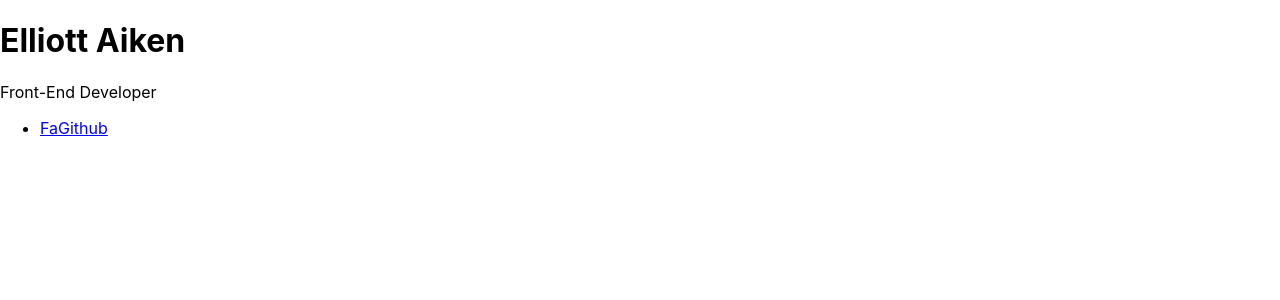
Repository: elaiken/portfolio
Page: /
An editor plug-in stored every save of this project. The page is shown before and after the next save, followed by the edit.
The browser window is 1280 px wide. The pictures show the whole page.
The project was rebuilt for these pictures with package versions that can differ from the ones it lists, and the page was loaded fresh each time. Also part of the build but not shown: src/components/Error.js, src/components/Projects.js.

Above is the page before, as saved 2021-11-24 16:05:41.

### src/App.js
import { BrowserRouter, Route, Switch, Routes } from "react-router-dom"
import Error from "./components/Error";
import Home from "./components/Home";
import Projects from "./components/Projects";


const App = () => {
  return (
    <BrowserRouter >
      <Routes>
        <Route exact path='/' element={<Home />}>


        </Route>
        <Route path="/projects" element={<Projects />}>

        </Route>
        <Route path="/*" element={<Error />}>
        </Route>
      </Routes>
    </BrowserRouter>
  );
}
export default App;

### src/components/Home.js
import { FaGithub } from "react-icons/fa"



const Home = () => {

    return (
        <div>
            <h1> Elliott Aiken </h1>
            <p> Front-End Developer</p>

            <ul>
                <li>
                    <a href="https://github.com/elaiken">FaGithub</a>

                </li>
            </ul>


        </div>

    )
}

export default Home

Loaded but not shown: public/index.html (common file); src/index.js (common file); src/index.css (common file); src/reportWebVitals.js (common file)

After the next save:
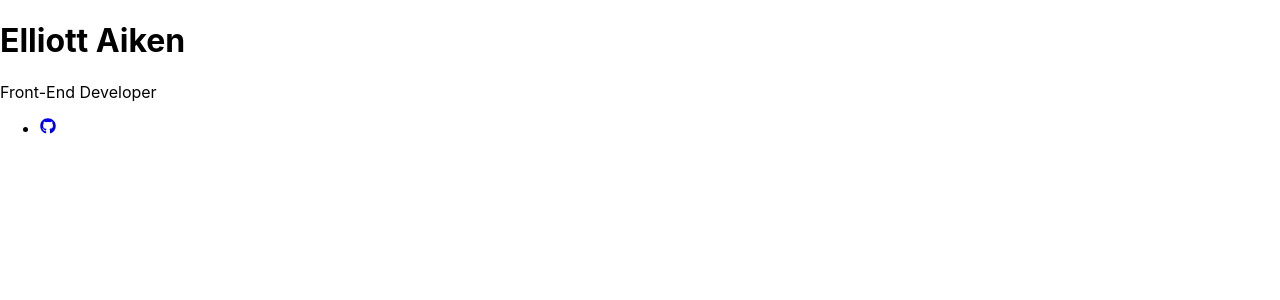
Saved 19 s later.
--- a/src/components/Home.js
+++ b/src/components/Home.js
@@ -11,7 +11,7 @@
 
             <ul>
                 <li>
-                    <a href="https://github.com/elaiken">FaGithub</a>
+                    <a href="https://github.com/elaiken"><FaGithub /></a>
 
                 </li>
             </ul>
